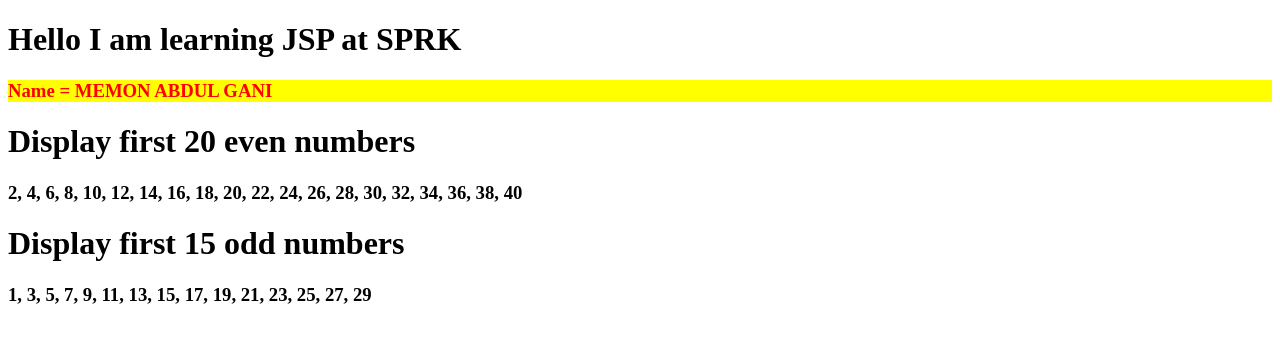
Repository: Gani25/adv_java_b2
Page: http://localhost/jsp_demo/demo.jsp
These files come from the project's save history. The page is drawn as it stood at one moment and after the next save; the edit follows.
The browser window is 1280 px wide. The pictures show the whole page.
The page is served by Tomcat 9. Other server files are loaded and not shown.

Above is the page before, as saved 2025-08-21 11:14:00.

### jsp_demo/src/main/webapp/demo.jsp
<%@page import="java.util.Date"%>
<%@ page language="java" contentType="text/html; charset=UTF-8"
	pageEncoding="UTF-8"%>
<!DOCTYPE html>
<html>
<head>
<meta charset="UTF-8">
<title>Demo JSP Page</title>
</head>
<body>
	<h1>Hello I am learning JSP at SPRK</h1>

	<%
	String name = "Memon Abdul Gani";

	String nameUpper = name.toUpperCase();

	// implicit objects
	out.print("<h3 style=\"color:red; background-color:yellow;\">Name = " + nameUpper + "</h3>");
	%>

	<h1>Display first 20 even numbers</h1>
	<%
		out.print("<h3>"+displayEvenOrOdd(20, "EVEN")+"</h3>");
	%>
	<h1>Display first 15 odd numbers</h1>
	<%
		out.print("<h3>"+displayEvenOrOdd(15, "ODD")+"</h3>");

	%>

	<%!StringBuilder displayEvenOrOdd(int number, String choice) {
		choice = choice.trim().toLowerCase();
		StringBuilder sb = new StringBuilder();
		if (choice.equalsIgnoreCase("even") || choice.contains("even")) {
			for (int i = 2; i <= number * 2; i += 2) {
				String msg;
				if (i == number * 2) {
					msg = i +"";
				} else {
					msg = i + ", ";
				}
				sb.append(msg);
			}
		}else{
			for (int i = 1; i <= number * 2; i += 2) {
				String msg;
				if (i == number * 2-1) {
					msg = i +"";
				} else {
					msg = i + ", ";
				}
				sb.append(msg);
			}
		}

		return sb;
	}%>
</body>
</html>

After the next save:
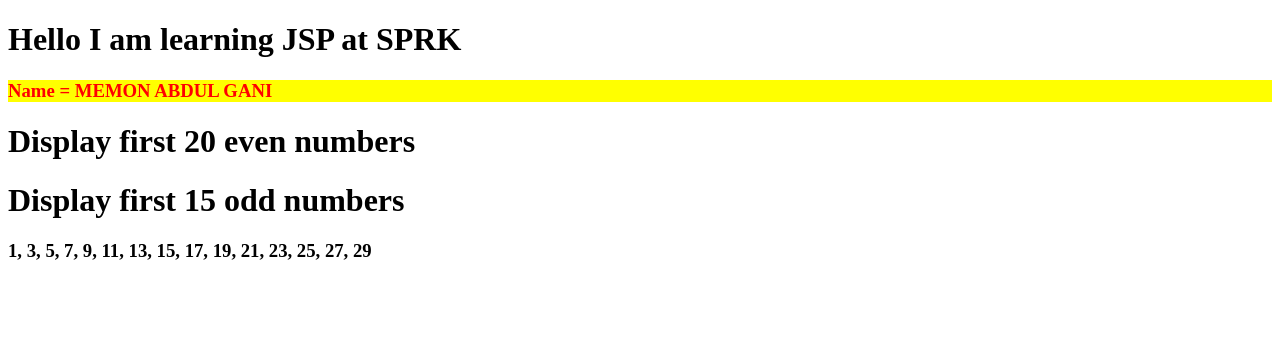
Saved 31 s later.
--- a/jsp_demo/src/main/webapp/demo.jsp
+++ b/jsp_demo/src/main/webapp/demo.jsp
@@ -20,9 +20,9 @@
 	%>
 
 	<h1>Display first 20 even numbers</h1>
-	<%
+	<%-- <%
 		out.print("<h3>"+displayEvenOrOdd(20, "EVEN")+"</h3>");
-	%>
+	%> --%>
 	<h1>Display first 15 odd numbers</h1>
 	<%
 		out.print("<h3>"+displayEvenOrOdd(15, "ODD")+"</h3>");

After the save that followed:
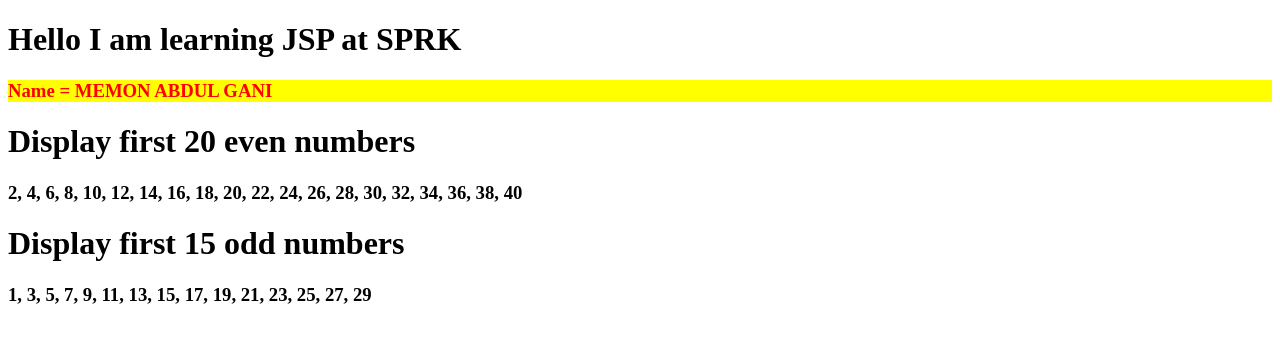
Saved 20 s later.
--- a/jsp_demo/src/main/webapp/demo.jsp
+++ b/jsp_demo/src/main/webapp/demo.jsp
@@ -20,6 +20,7 @@
 	%>
 
 	<h1>Display first 20 even numbers</h1>
+	<h3><%=displayEvenOrOdd(20, "EVEN") %></h3>
 	<%-- <%
 		out.print("<h3>"+displayEvenOrOdd(20, "EVEN")+"</h3>");
 	%> --%>
